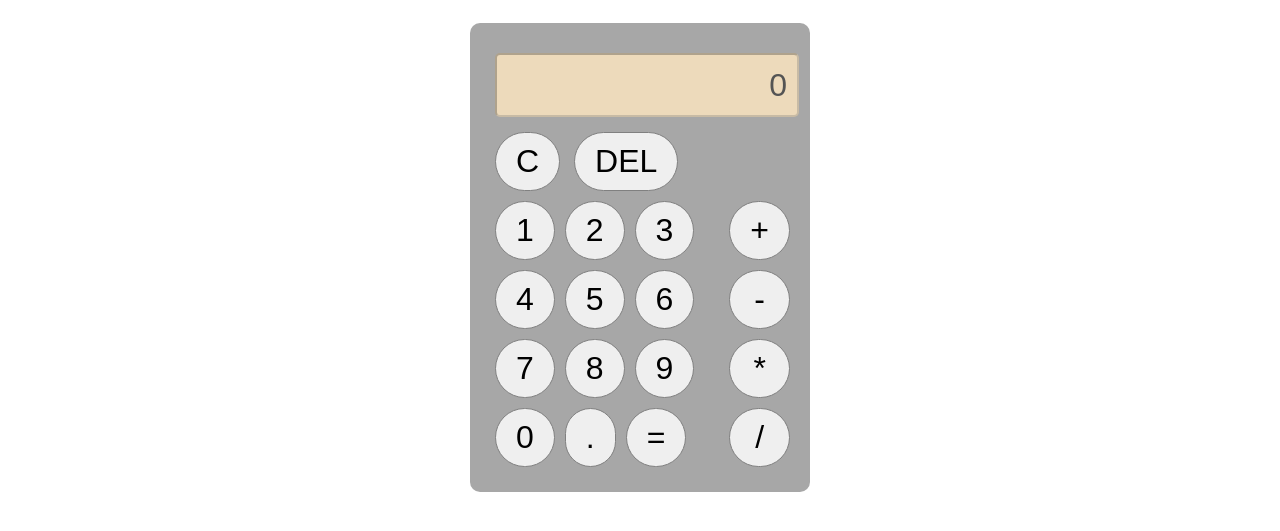
Repository: jaskeat/Calculator
Page: index.html
The author's editor kept a copy of each file at every save. The page is drawn from the files as they stood at one save, then again after the next save.
The browser window is 1280 px wide. The pictures show the whole page.

Above is the page before, as saved 2024-09-05 13:28:48.

### index.html
<!DOCTYPE html>
<html lang="en">
	<head>
		<meta charset="UTF-8" />
		<meta name="viewport" content="width=device-width, initial-scale=1.0" />
		<title>Calculator</title>
		<link rel="stylesheet" href="style.css" />
	</head>
	<body>
		<div class="calculator">
			<div class="display">
				<input type="text" class="display-input" value="0" disabled />
			</div>

			<div class="extrabtn">
				<button class="btn" onclick="clearDisplay()">C</button>
				<button class="btn" onclick="deleteLast()">DEL</button>
			</div>

			<div class="buttons">
				<div class="operators">
					<button class="btn" onclick="append('+')">+</button>
					<button class="btn" onclick="append('-')">-</button>
					<button class="btn" onclick="append('*')">*</button>
					<button class="btn" onclick="append('/')">/</button>
				</div>

				<div class="numbers">
					<button class="btn" onclick="append('1')">1</button>
					<button class="btn" onclick="append('2')">2</button>
					<button class="btn" onclick="append('3')">3</button>
					<button class="btn" onclick="append('4')">4</button>
					<button class="btn" onclick="append('5')">5</button>
					<button class="btn" onclick="append('6')">6</button>
					<button class="btn" onclick="append('7')">7</button>
					<button class="btn" onclick="append('8')">8</button>
					<button class="btn" onclick="append('9')">9</button>
					<button class="btn" onclick="append('0')">0</button>
					<button class="btn" onclick="append('.')">.</button>
					<button class="btn" onclick="calculate()">=</button>
				</div>
			</div>
		</div>
		<script src="script.js"></script>
	</body>
</html>

### style.css
body {
	display: flex;
	justify-content: center;
	align-items: center;
}

.calculator {
	width: 300px;
	max-width: 600px;
	height: auto;
	margin: 15px;
	padding: 20px;
	background-color: rgb(167, 167, 167);
	border-radius: 10px;
}

button {
	border-radius: 30px;
	border: 1px grey solid;
	font-size: 1.3rem;
}

button:hover {
	background-color: lightgrey;
	cursor: pointer;
}

input {
	width: 280px;
	height: 50px;
	font-size: 2rem;
	text-align: right;
	border-radius: 5px;
	margin: 10px 5px;
	background-color: rgb(237, 218, 187);
	padding: 5px 10px;
}

.operators {
	display: flex;
	flex-direction: column;
	width: auto;
}

.operators button {
	width: auto;
	height: auto;
	margin: 5px 0;
}

.numbers {
	display: flex;
	flex-wrap: wrap;
	height: auto;
	width: 250px;
}

.buttons {
	display: flex;
	flex-direction: row-reverse;
	justify-content: space-between;
	font-size: 2rem;
}

.btn {
	font-size: 2rem;
	padding: 10px 20px;
	margin: 5px;
}

Loaded but not shown: script.js (no copy from this time; the picture is the same without it)

After the next save:
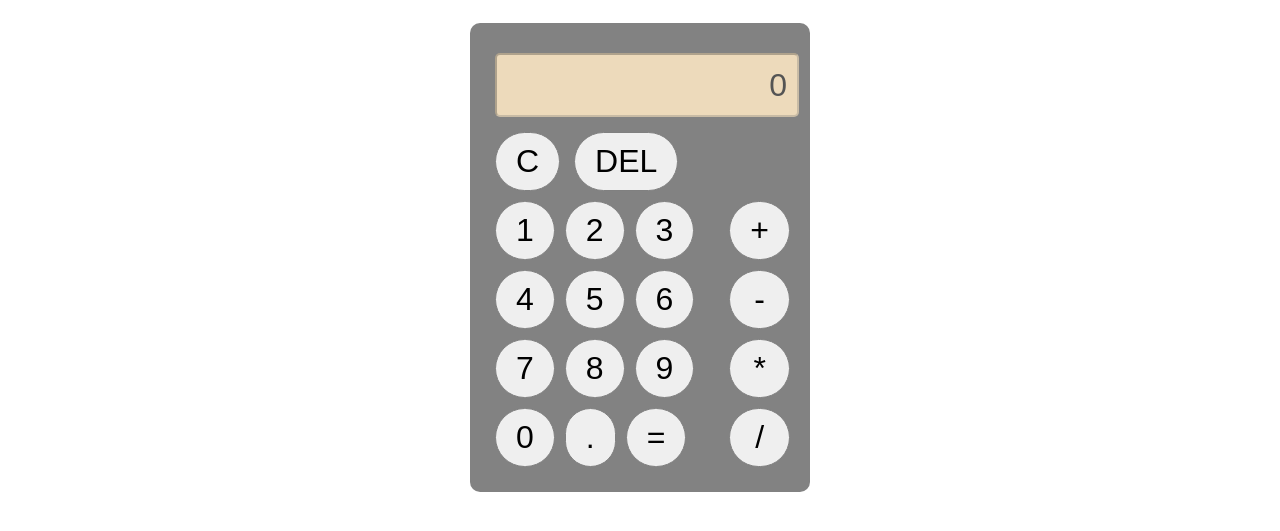
Saved 4 s later.
--- a/style.css
+++ b/style.css
@@ -10,7 +10,7 @@ body {
 	height: auto;
 	margin: 15px;
 	padding: 20px;
-	background-color: rgb(167, 167, 167);
+	background-color: rgb(130, 130, 130);
 	border-radius: 10px;
 }
 
